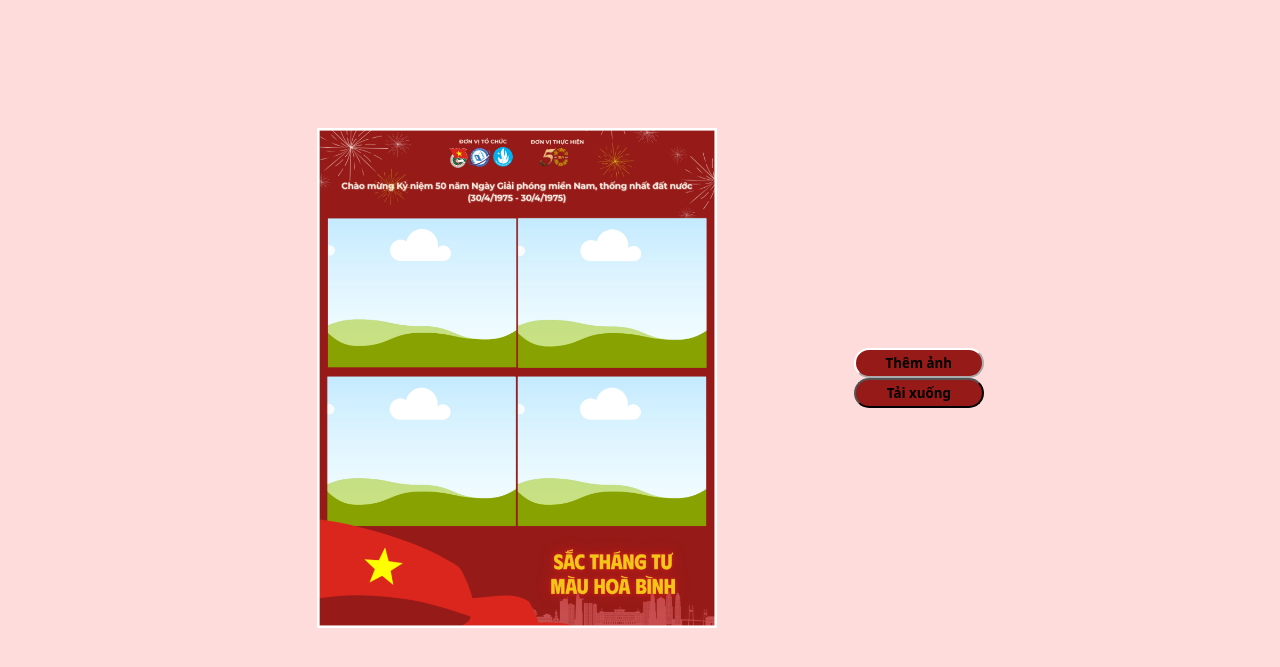
Repository: nguyentambinh/tuoitretdmu
Page: http://localhost/
These files come from the project's save history. The page is drawn as it stood at one moment and after the next save; the edit follows.
The browser window is 1280 px wide. The pictures show the whole page.
The page is run by PHP 8.4 with error messages shown; the project is at /var/www/html/.

Above is the page before, as saved 2025-04-10 12:55:29.

### index.php
<!DOCTYPE html>
<html lang="en">
<head>
    <meta charset="UTF-8">
    <meta name="viewport" content="width=device-width, initial-scale=1.0">
    <link rel="stylesheet" href="main.css">
    <script src="main.js"></script>
    <title></title>
</head>
<body>
    <div class = "container-box">
        <div class="background-box">

        </div>
        <div class="control-box">
            <button class="btn-add-picture">Thêm ảnh</button>
            <button class="btn-dowload-picture">Tải xuống</button>
        </div>
    </div>

</body>
</html>

### main.css
body{
    background-color: #ffdcdc;
    width: 80%;
    margin: 0 auto;
    margin-top: 10%;
    align-items: center;
    display: flex;
    justify-content: center;
}

.background-box{
    display: flex;
    justify-content: center;

    background-position: center;
    background-image: url('./picture/FRAMEPHOTOBOOTH304.png');
    background-size: contain;
    background-repeat: no-repeat;
}
.container-box{
    display: grid;
    display: grid;
    grid-template-columns: 70% 30%;
    gap: 20px;
    width: 80%;
    height: 500px;
}
.control-box{
    display: flex;
    justify-content: center;
    align-content: center;
    flex-direction: column;
    margin: 0 30px;
}
.btn-dowload-picture{
    background-color: #961A17;
    border-radius: 15px;
    font-weight: bold;
    font-family: system-ui, -apple-system, BlinkMacSystemFont, 'Segoe UI', Roboto, Oxygen, Ubuntu, Cantarell, 'Open Sans', 'Helvetica Neue', sans-serif;
    width: 70%;
    height: 30px;
}
.btn-add-picture{
    background-color: #961A17;
    border-radius: 15px;
    font-weight: bold;
    font-family: system-ui, -apple-system, BlinkMacSystemFont, 'Segoe UI', Roboto, Oxygen, Ubuntu, Cantarell, 'Open Sans', 'Helvetica Neue', sans-serif;
    border-color: white;
    width: 70%;
    height: 30px;
}

Loaded but not shown: main.js (no copy from this time; the picture is the same without it)

After the next save:
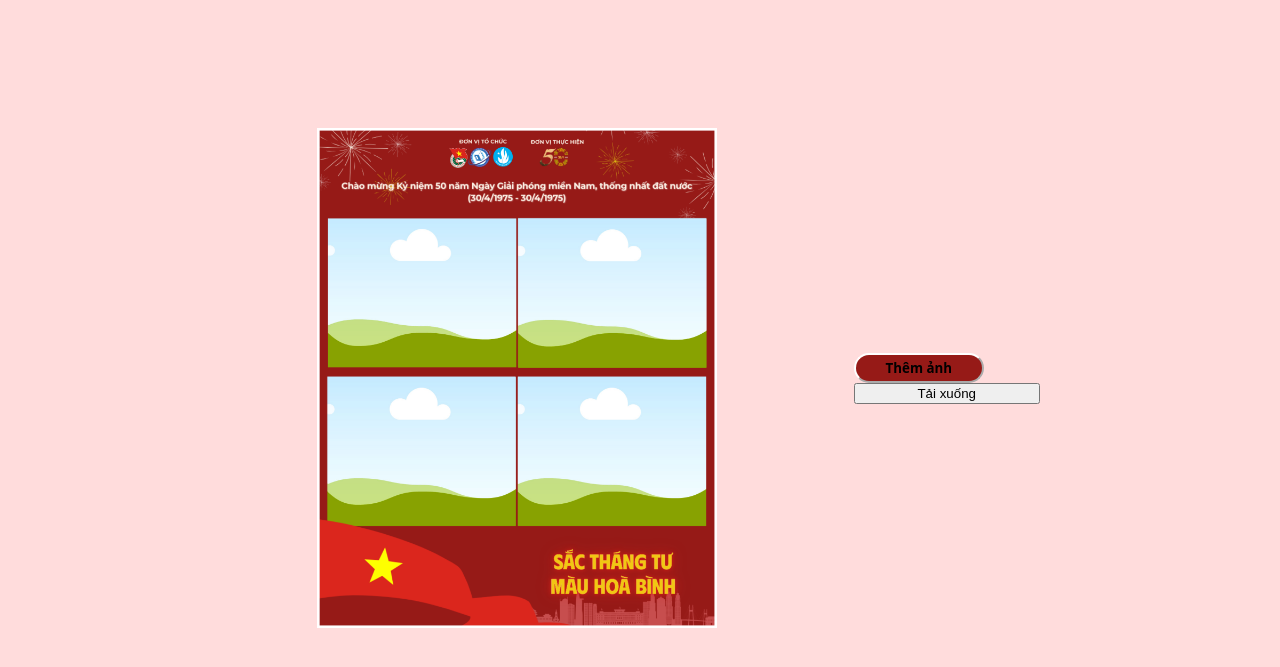
Saved 65 s later.
--- a/main.css
+++ b/main.css
@@ -32,6 +32,7 @@
     flex-direction: column;
     margin: 0 30px;
 }
+.btn-
 .btn-dowload-picture{
     background-color: #961A17;
     border-radius: 15px;

After the save that followed:
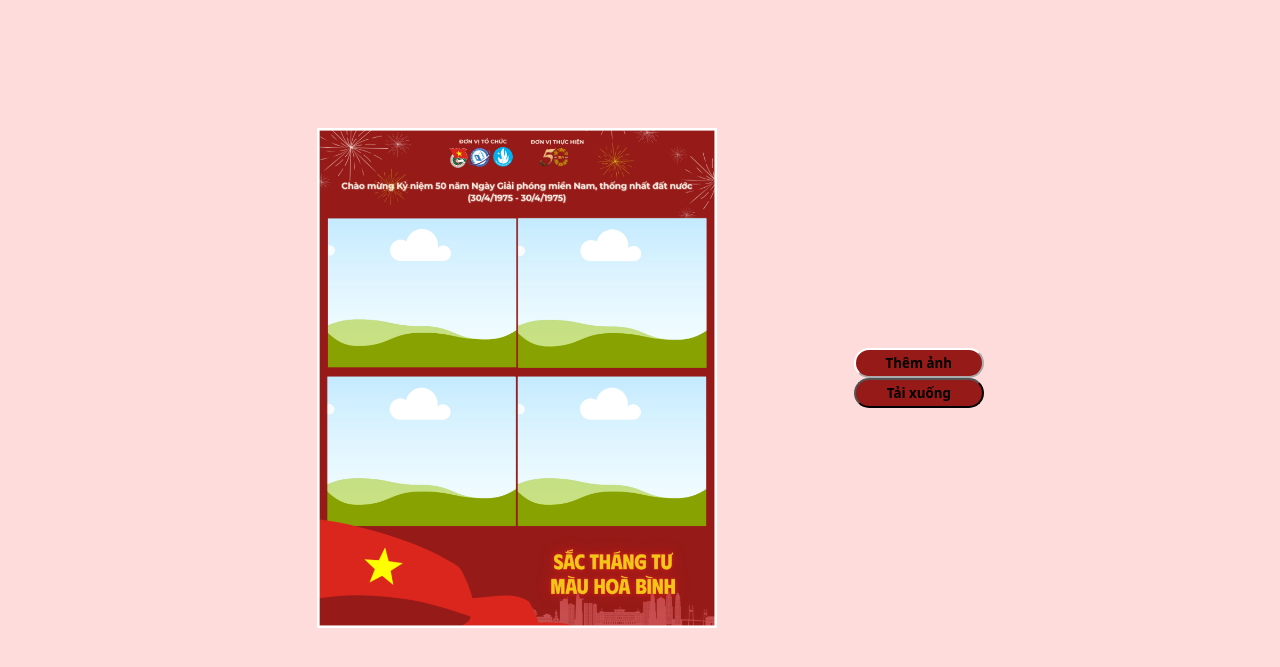
Saved 4 s later.
--- a/main.css
+++ b/main.css
@@ -32,7 +32,9 @@
     flex-direction: column;
     margin: 0 30px;
 }
-.btn-
+.btn-custom{
+
+}
 .btn-dowload-picture{
     background-color: #961A17;
     border-radius: 15px;
